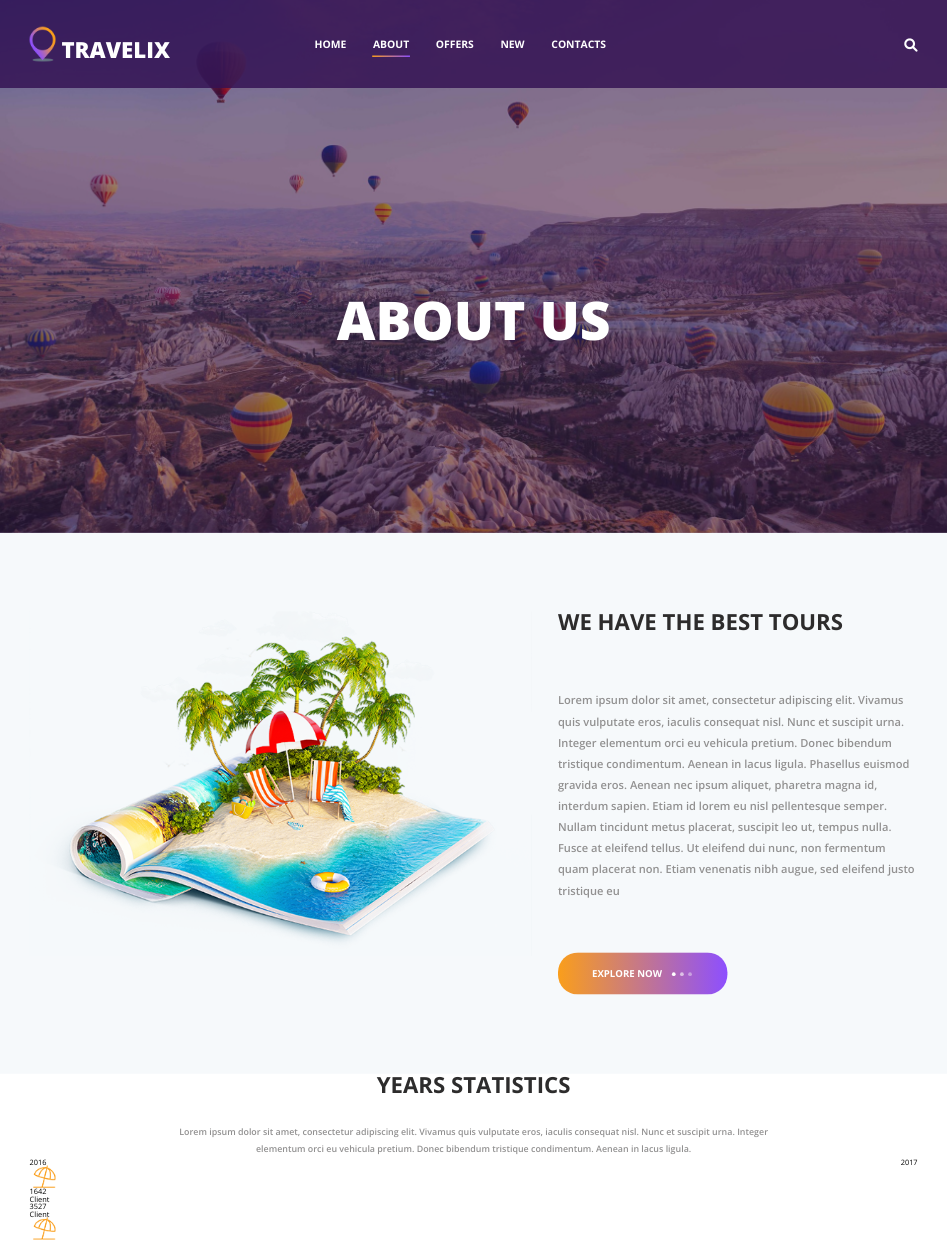
Repository: phamhuuloc/Travelix_Template
Page: about.html
The author's editor kept a copy of each file at every save. The page is drawn from the files as they stood at one save, then again after the next save.
The browser window is 1280 px wide. The pictures show the whole page, at 74% of full size.
Backgrounds fixed to the window are drawn as part of the page. Some web fonts or font styles are not loaded; a fallback is used.

Above is the page before, as saved 2021-10-13 09:13:09.

After the next save:
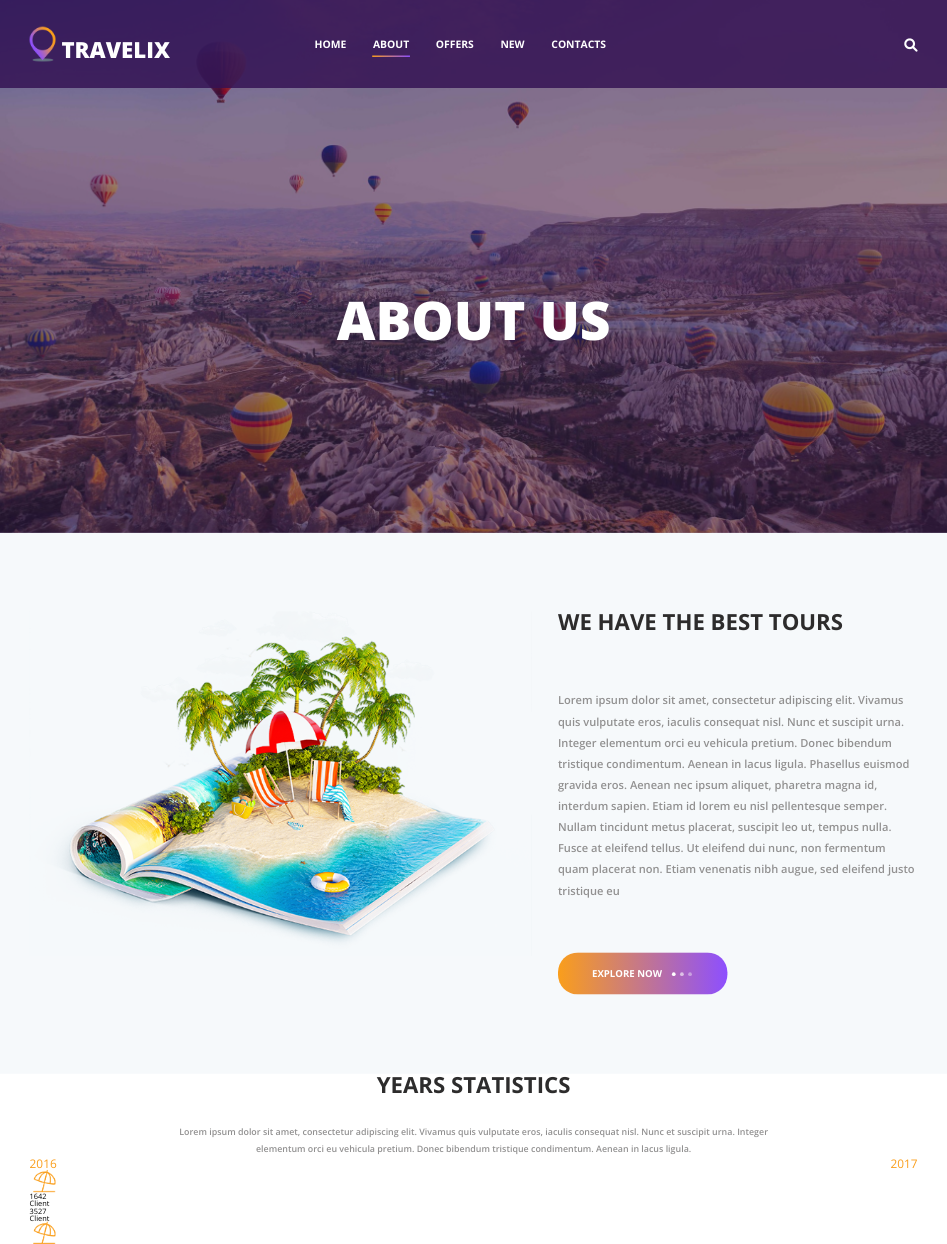
Saved 85 s later.
--- a/assets/css/about.css
+++ b/assets/css/about.css
@@ -62,3 +62,8 @@
   align-items: center;
   justify-content: space-between;
 }
+.stats__year-last,
+.stats__year-new {
+  font-size: 1.6rem;
+  color: var(--primary-color);
+}
